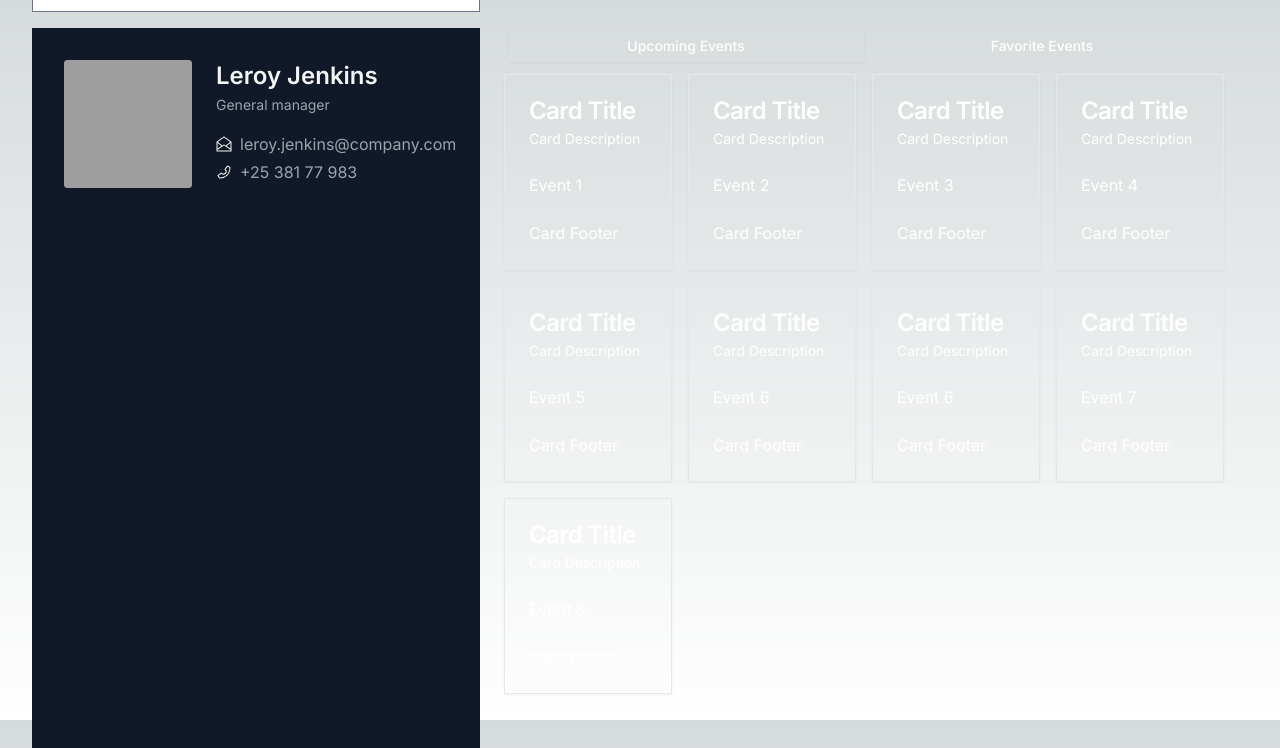
Repository: loktioncode/events-app
Page: /
The author's editor kept a copy of each file at every save. The page is drawn from the files as they stood at one save, then again after the next save.
The browser window is 1280 px wide. The pictures show the whole page.
Pictures or frames that could not be fetched are drawn as grey boxes. The project was rebuilt for these pictures with package versions that can differ from the ones it lists, and the page was loaded fresh each time. The framework's server and built-in components were replaced by stand-ins that run in the browser. Also part of the build but not shown: next.config.js, components/favouriteEvents.tsx.

Above is the page before, as saved 2023-11-30 21:16:34.

### app/page.tsx
import Image from 'next/image'
import Search from '../components/searchInput';
import Events from '../components/events';
import BandInfo from '../components/bandInfo';


export default function Home(
  {
    searchParams,
  }: {
    searchParams?: {
      query?: string;
      page?: string;
    };
  }
) {



  return (
    <main className="flex max-h-screen flex-row items-center justify-between p-8">

      <div className="flex flex-col">
        <Search placeholder="Search events..." />
        <BandInfo />


      </div >

      <Events />

    </main>
  )
}

### app/globals.css
@tailwind base;
@tailwind components;
@tailwind utilities;

:root {
  --foreground-rgb:  255, 255, 255;
  --background-start-rgb: 214, 219, 220;
  --background-end-rgb: 255, 255, 255;
}

@media (prefers-color-scheme: dark) {
  :root {
    --foreground-rgb: 255, 255, 255;
    --background-start-rgb:  255, 255, 255;
    --background-end-rgb: 255, 255, 255;
  }
}

body {
  color: rgb(var(--foreground-rgb));
  background: linear-gradient(
      to bottom,
      transparent,
      rgb(var(--background-end-rgb))
    )
    rgb(var(--background-start-rgb));
}

### components/searchInput.tsx
'use client';
import { useSearchParams, usePathname, useRouter } from 'next/navigation';
import { MagnifyingGlassIcon } from '@heroicons/react/24/outline';

export default function Search({ placeholder }: { placeholder: string}) {
    const searchParams = useSearchParams();
    const pathname = usePathname();
    const { replace } = useRouter();


    function handleSearch(term: string) {
        console.log(term);
        const params = new URLSearchParams(searchParams);
        if (term) {
            params.set('query', term);
        } else {
            params.delete('query');
        }
        replace(`${pathname}?${params.toString()}`);
    }


return (
    <div className="relative  w-full">
        <label htmlFor="search" className="sr-only text-black">
            Search Artist
        </label>
        <input
            className="peer block w-full rounded-md border border-gray-500 py-[9px] pl-10 text-sm outline-2 placeholder:text-black text-black"
            placeholder={placeholder}
            onChange={(e) => {
                handleSearch(e.target.value);
            }}
            defaultValue={searchParams.get('query')?.toString() || ''}
        />
        <MagnifyingGlassIcon className="absolute left-3 top-1/2 h-[18px] w-[18px] -translate-y-1/2 text-gray-500 peer-focus:text-gray-900" />
    </div>
);
}

### components/events.tsx
'use client';
import { useSearchParams, usePathname, useRouter } from 'next/navigation';
import { Tabs, TabsContent, TabsList, TabsTrigger } from "@/components/ui/tabs"
import FavoriteEvents from './favouriteEvents';
import AllEvents from './allEvents';

export default function Events() {
    const searchParams = useSearchParams();
    const pathname = usePathname();
    const { replace } = useRouter();




    return (
        <Tabs defaultValue="all" className="mx-6 w-full">
            <TabsList className='w-full'>
                <TabsTrigger value="all" className='w-full'>Upcoming Events</TabsTrigger>
                <TabsTrigger value="favorites" className='w-full'>Favorite Events</TabsTrigger>
            </TabsList>
            <TabsContent value="all"><AllEvents/></TabsContent>
            <TabsContent value="favorites"><FavoriteEvents/> </TabsContent>
        </Tabs>

    );
}

### components/bandInfo.tsx
'use client';

export default function BandInfo() {

    return (
        <div className="max-w-md p-8 sm:flex sm:space-x-6 bg-gray-900 text-gray-100 mt-4 h-[100vh]">
            <div className="flex-shrink-0 w-full mb-6 h-44 sm:h-32 sm:w-32 sm:mb-0">
                <img src="https://source.unsplash.com/100x100/?portrait?1" alt="" className="object-cover object-center w-full h-full rounded bg-gray-500" />
            </div>
            <div className="flex flex-col space-y-4">
                <div>
                    <h2 className="text-2xl font-semibold">Leroy Jenkins</h2>
                    <span className="text-sm text-gray-400">General manager</span>
                </div>
                <div className="space-y-1">
                    <span className="flex items-center space-x-2">
                        <svg xmlns="http://www.w3.org/2000/svg" viewBox="0 0 512 512" aria-label="Email address" className="w-4 h-4">
                            <path fill="currentColor" d="M274.6,25.623a32.006,32.006,0,0,0-37.2,0L16,183.766V496H496V183.766ZM464,402.693,339.97,322.96,464,226.492ZM256,51.662,454.429,193.4,311.434,304.615,256,268.979l-55.434,35.636L57.571,193.4ZM48,226.492,172.03,322.96,48,402.693ZM464,464H48V440.735L256,307.021,464,440.735Z"></path>
                        </svg>
                        <span className="text-gray-400">leroy.jenkins@company.com</span>
                    </span>
                    <span className="flex items-center space-x-2">
                        <svg xmlns="http://www.w3.org/2000/svg" viewBox="0 0 512 512" aria-label="Phonenumber" className="w-4 h-4">
                            <path fill="currentColor" d="M449.366,89.648l-.685-.428L362.088,46.559,268.625,171.176l43,57.337a88.529,88.529,0,0,1-83.115,83.114l-57.336-43L46.558,362.088l42.306,85.869.356.725.429.684a25.085,25.085,0,0,0,21.393,11.857h22.344A327.836,327.836,0,0,0,461.222,133.386V111.041A25.084,25.084,0,0,0,449.366,89.648Zm-20.144,43.738c0,163.125-132.712,295.837-295.836,295.837h-18.08L87,371.76l84.18-63.135,46.867,35.149h5.333a120.535,120.535,0,0,0,120.4-120.4v-5.333l-35.149-46.866L371.759,87l57.463,28.311Z"></path>
                        </svg>
                        <span className="text-gray-400">+25 381 77 983</span>
                    </span>
                </div>
            </div>
        </div>
    );
}

### components/ui/tabs.tsx
"use client"

import * as React from "react"
import * as TabsPrimitive from "@radix-ui/react-tabs"

import { cn } from "@/lib/utils"

const Tabs = TabsPrimitive.Root

const TabsList = React.forwardRef<
  React.ElementRef<typeof TabsPrimitive.List>,
  React.ComponentPropsWithoutRef<typeof TabsPrimitive.List>
>(({ className, ...props }, ref) => (
  <TabsPrimitive.List
    ref={ref}
    className={cn(
      "inline-flex h-10 items-center justify-center rounded-md bg-muted p-1 text-muted-foreground",
      className
    )}
    {...props}
  />
))
TabsList.displayName = TabsPrimitive.List.displayName

const TabsTrigger = React.forwardRef<
  React.ElementRef<typeof TabsPrimitive.Trigger>,
  React.ComponentPropsWithoutRef<typeof TabsPrimitive.Trigger>
>(({ className, ...props }, ref) => (
  <TabsPrimitive.Trigger
    ref={ref}
    className={cn(
      "inline-flex items-center justify-center whitespace-nowrap rounded-sm px-3 py-1.5 text-sm font-medium ring-offset-background transition-all focus-visible:outline-none focus-visible:ring-2 focus-visible:ring-ring focus-visible:ring-offset-2 disabled:pointer-events-none disabled:opacity-50 data-[state=active]:bg-background data-[state=active]:text-foreground data-[state=active]:shadow-sm",
      className
    )}
    {...props}
  />
))
TabsTrigger.displayName = TabsPrimitive.Trigger.displayName

const TabsContent = React.forwardRef<
  React.ElementRef<typeof TabsPrimitive.Content>,
  React.ComponentPropsWithoutRef<typeof TabsPrimitive.Content>
>(({ className, ...props }, ref) => (
  <TabsPrimitive.Content
    ref={ref}
    className={cn(
      "mt-2 ring-offset-background focus-visible:outline-none focus-visible:ring-2 focus-visible:ring-ring focus-visible:ring-offset-2",
      className
    )}
    {...props}
  />
))
TabsContent.displayName = TabsPrimitive.Content.displayName

export { Tabs, TabsList, TabsTrigger, TabsContent }

### components/allEvents.tsx
import {
    Card,
    CardContent,
    CardDescription,
    CardFooter,
    CardHeader,
    CardTitle,
} from "@/components/ui/card"


export default function AllEvents() {



    return (
        <div className="grid grid-cols-4 gap-4">
            {
                [1, 2, 3, 4, 5, 6, 6, 7, 8].map((event) => (

                    <Card key={event}>
                        <CardHeader>
                            <CardTitle>Card Title</CardTitle>
                            <CardDescription>Card Description</CardDescription>
                        </CardHeader>
                        <CardContent>
                            <p> Event {event}</p>
                        </CardContent>
                        <CardFooter>
                            <p>Card Footer</p>
                        </CardFooter>
                    </Card>

                ))
            }
        </div>

    );
}

### components/ui/card.tsx
import * as React from "react"

import { cn } from "@/lib/utils"

const Card = React.forwardRef<
  HTMLDivElement,
  React.HTMLAttributes<HTMLDivElement>
>(({ className, ...props }, ref) => (
  <div
    ref={ref}
    className={cn(
      "rounded-lg border bg-card text-card-foreground shadow-sm",
      className
    )}
    {...props}
  />
))
Card.displayName = "Card"

const CardHeader = React.forwardRef<
  HTMLDivElement,
  React.HTMLAttributes<HTMLDivElement>
>(({ className, ...props }, ref) => (
  <div
    ref={ref}
    className={cn("flex flex-col space-y-1.5 p-6", className)}
    {...props}
  />
))
CardHeader.displayName = "CardHeader"

const CardTitle = React.forwardRef<
  HTMLParagraphElement,
  React.HTMLAttributes<HTMLHeadingElement>
>(({ className, ...props }, ref) => (
  <h3
    ref={ref}
    className={cn(
      "text-2xl font-semibold leading-none tracking-tight",
      className
    )}
    {...props}
  />
))
CardTitle.displayName = "CardTitle"

const CardDescription = React.forwardRef<
  HTMLParagraphElement,
  React.HTMLAttributes<HTMLParagraphElement>
>(({ className, ...props }, ref) => (
  <p
    ref={ref}
    className={cn("text-sm text-muted-foreground", className)}
    {...props}
  />
))
CardDescription.displayName = "CardDescription"

const CardContent = React.forwardRef<
  HTMLDivElement,
  React.HTMLAttributes<HTMLDivElement>
>(({ className, ...props }, ref) => (
  <div ref={ref} className={cn("p-6 pt-0", className)} {...props} />
))
CardContent.displayName = "CardContent"

const CardFooter = React.forwardRef<
  HTMLDivElement,
  React.HTMLAttributes<HTMLDivElement>
>(({ className, ...props }, ref) => (
  <div
    ref={ref}
    className={cn("flex items-center p-6 pt-0", className)}
    {...props}
  />
))
CardFooter.displayName = "CardFooter"

export { Card, CardHeader, CardFooter, CardTitle, CardDescription, CardContent }

Loaded but not shown: app/layout.tsx (common file); lib/utils.ts (common file); tailwind.config.js (common file)

After the next save:
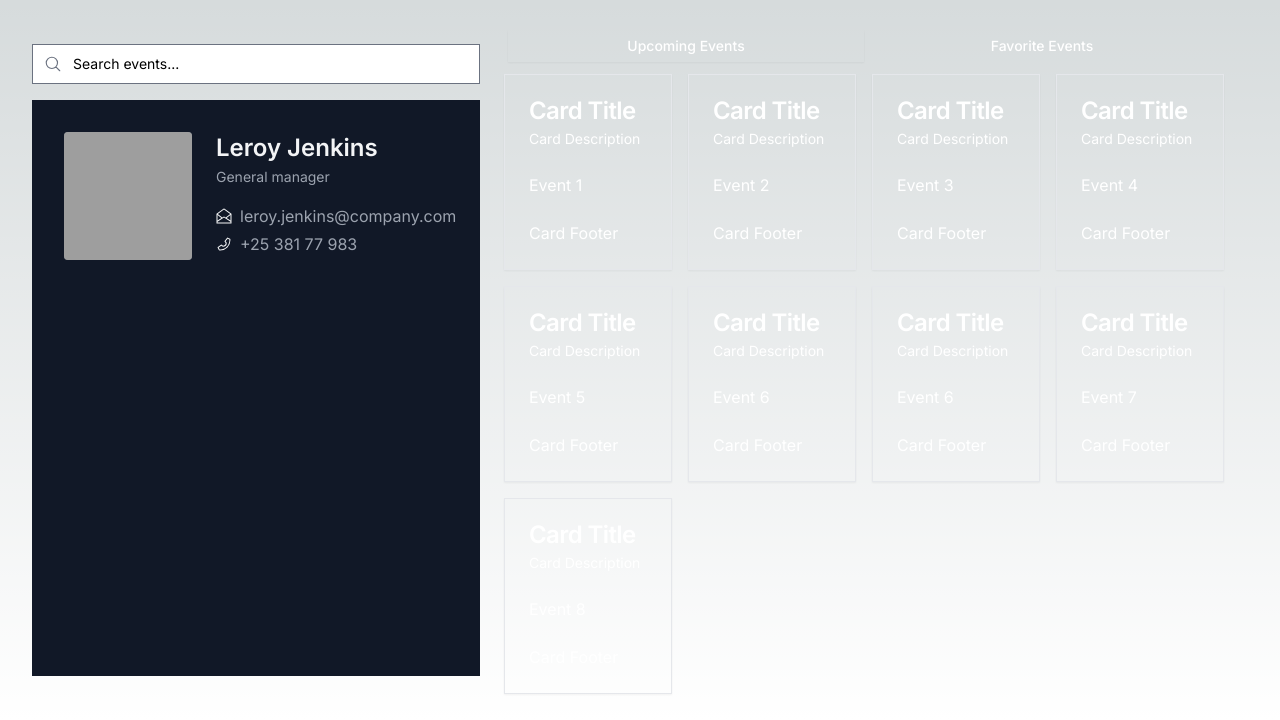
Saved 14 s later.
--- a/components/bandInfo.tsx
+++ b/components/bandInfo.tsx
@@ -3,7 +3,7 @@
 export default function BandInfo() {
 
     return (
-        <div className="max-w-md p-8 sm:flex sm:space-x-6 bg-gray-900 text-gray-100 mt-4 h-[100vh]">
+        <div className="max-w-md p-8 sm:flex sm:space-x-6 bg-gray-900 text-gray-100 mt-4 h-[80vh]">
             <div className="flex-shrink-0 w-full mb-6 h-44 sm:h-32 sm:w-32 sm:mb-0">
                 <img src="https://source.unsplash.com/100x100/?portrait?1" alt="" className="object-cover object-center w-full h-full rounded bg-gray-500" />
             </div>
